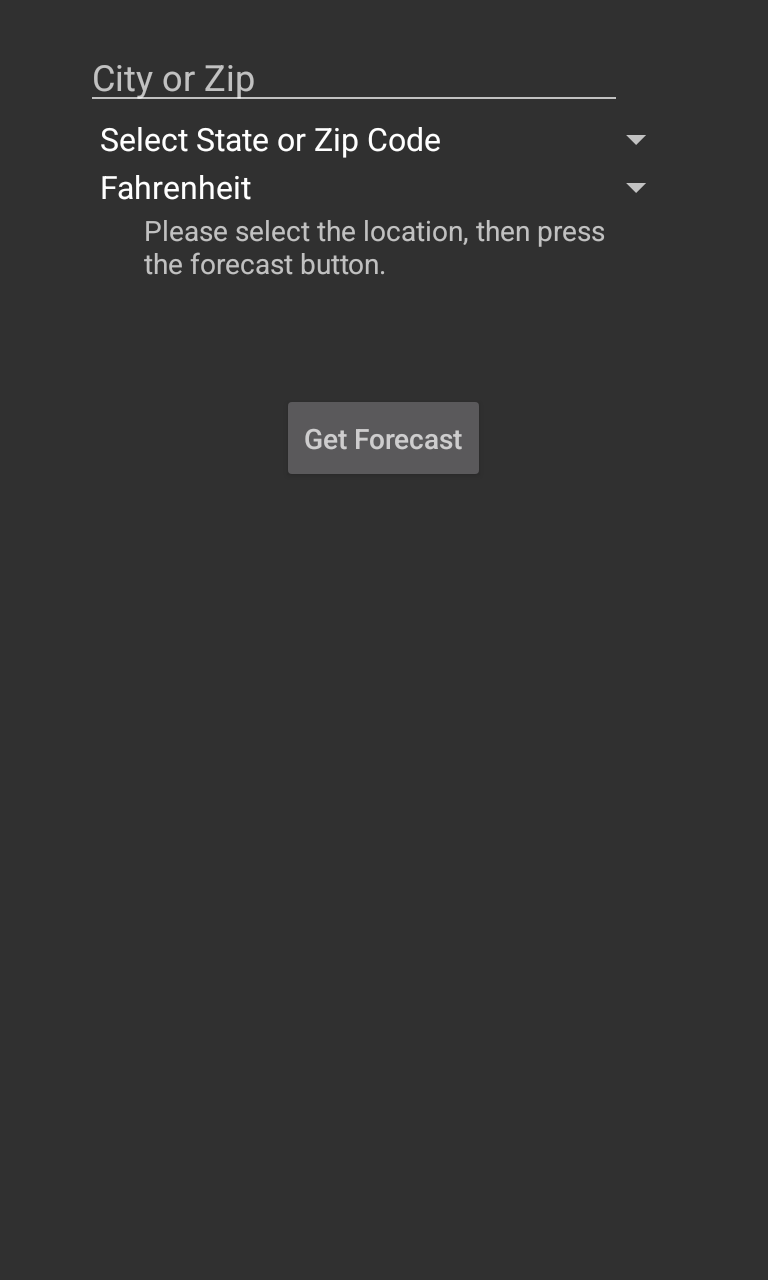
Repository: g80349/Java1
Layout: Week4/Weather/res/layout/activity_main.xml
These files come from the project's save history. The layout is drawn as it stood at one moment and after the next save; the edit follows.
It is drawn on a 768 x 1280 px phone screen (xhdpi) without system bars, with theme Theme.AppCompat; the app's code is not run.

Above is the layout before, as saved 2014-04-30 17:33:22.

### Week4/Weather/res/layout/activity_main.xml
<RelativeLayout xmlns:android="http://schemas.android.com/apk/res/android"
    xmlns:tools="http://schemas.android.com/tools"
    android:layout_width="match_parent"
    android:layout_height="match_parent"
    android:paddingBottom="@dimen/activity_vertical_margin"
    android:paddingLeft="@dimen/activity_horizontal_margin"
    android:paddingRight="@dimen/activity_horizontal_margin"
    android:paddingTop="@dimen/activity_vertical_margin"
    tools:context="com.example.weather.MainActivity$PlaceholderFragment" >

    <EditText
        android:id="@+id/edit_city"
        android:layout_width="300dp"
        android:layout_height="wrap_content"
        android:layout_alignLeft="@+id/state"
        android:layout_alignRight="@+id/forecast"
        android:hint="@string/cityText" />

    <Spinner
        android:id="@+id/state"
        android:layout_width="300dp"
        android:layout_height="wrap_content"
        android:layout_below="@+id/edit_city"
        android:layout_centerHorizontal="true"
        android:entries="@array/state_array" />

    <Spinner
        android:id="@+id/measurement"
        android:layout_width="300dp"
        android:layout_height="wrap_content"
        android:layout_alignLeft="@+id/state"
        android:layout_below="@+id/state"
        android:entries="@array/measurement_array" />

    <TextView
        android:id="@+id/forecast"
        android:layout_width="240dp"
        android:layout_height="wrap_content"
        android:layout_below="@+id/measurement"
        android:layout_centerHorizontal="true"
        android:text="@string/forecast_text"
        />

    <Button
        android:id="@+id/enter"
        android:layout_width="wrap_content"
        android:layout_height="wrap_content"
        android:layout_below="@+id/forecast"
        android:layout_centerHorizontal="true"
        android:layout_marginTop="54dp"
        android:hint="@string/enter_button"
        android:onClick="onClick" />

</RelativeLayout>

### Week4/Weather/res/values/strings.xml
<?xml version="1.0" encoding="utf-8"?>
<resources>

    <string name="app_name">Weather</string>
    <string name="forecast_text">Please select the location, then press the forecast button.</string>
    <string name="action_settings">Settings</string>

    <string name="cityText">City or Zip</string>
    <string-array name="state_array">
        <item>Select State or Zip Code</item>
        <item>Zip Code</item>
        <item>AL</item>
        <item>AK</item>
        <item>AZ</item>
        <item>AR</item>
        <item>CA</item>
        <item>CO</item>
        <item>CT</item>
        <item>DE</item>
        <item>FL</item>
        <item>GA</item>
        <item>HI</item>
        <item>ID</item>
        <item>IL</item>
        <item>IN</item>
        <item>IA</item>
        <item>KS</item>
        <item>KY</item>
        <item>LA</item>
        <item>ME</item>
        <item>MD</item>
        <item>MA</item>
        <item>MI</item>
        <item>MN</item>
        <item>MS</item>
        <item>MO</item>
        <item>MT</item>
        <item>NE</item>
        <item>NV</item>
        <item>NH</item>
        <item>NJ</item>
        <item>NM</item>
        <item>NY</item>
        <item>NC</item>
        <item>ND</item>
        <item>OH</item>
        <item>OK</item>
        <item>OR</item>
        <item>PA</item>
        <item>RI</item>
        <item>SC</item>
        <item>SD</item>
        <item>TN</item>
        <item>TX</item>
        <item>UT</item>
        <item>VT</item>
        <item>VA</item>
        <item>WA</item>
        <item>WV</item>
        <item>WI</item>
        <item>WY</item>
    </string-array>
    <string-array name="measurement_array">
        <item>Fahrenheit</item>
        <item>Celcius</item>
    </string-array>

    <string name="enter_button">Get Forecast</string>

</resources>

### Week4/Weather/res/values/styles.xml
<resources>

    <!--
        Base application theme, dependent on API level. This theme is replaced
        by AppBaseTheme from res/values-vXX/styles.xml on newer devices.
    -->
    <style name="AppBaseTheme" parent="Theme.AppCompat.Light">
        <!--
            Theme customizations available in newer API levels can go in
            res/values-vXX/styles.xml, while customizations related to
            backward-compatibility can go here.
        -->
    </style>

    <!-- Application theme. -->
  <!--  <style name="AppTheme" parent="AppBaseTheme">
         All customizations that are NOT specific to a particular API-level can go here. -->
        <style name="textStyle" parent="@style/Theme.AppCompat">
			<item name="android:layout_width">fill_parent</item>
			<item name="android:layout_height">wrap_content</item>
			<item name="android:textColor">#FF0000</item>
			<item name="android:typeface">monospace</item>
		</style>
    <!--</style>-->

</resources>

Loaded but not shown: Week4/Weather/res/values/dimens.xml (common file); Week4/Weather/res/values-w820dp/dimens.xml (common file)

After the next save:
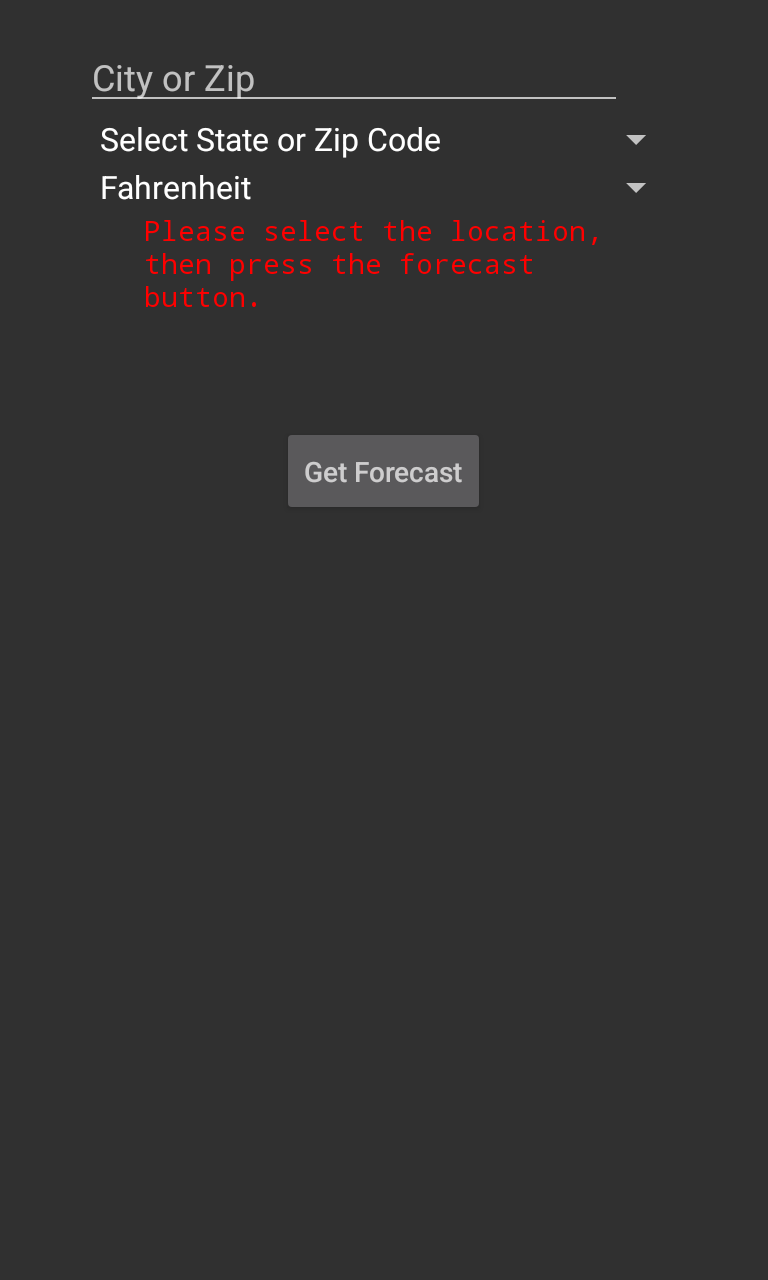
Saved 31 min 27 s later.
--- a/Week4/Weather/res/layout/activity_main.xml
+++ b/Week4/Weather/res/layout/activity_main.xml
@@ -39,7 +39,7 @@
         android:layout_below="@+id/measurement"
         android:layout_centerHorizontal="true"
         android:text="@string/forecast_text"
-        />
+        style="@style/textStyle"/>
 
     <Button
         android:id="@+id/enter"
